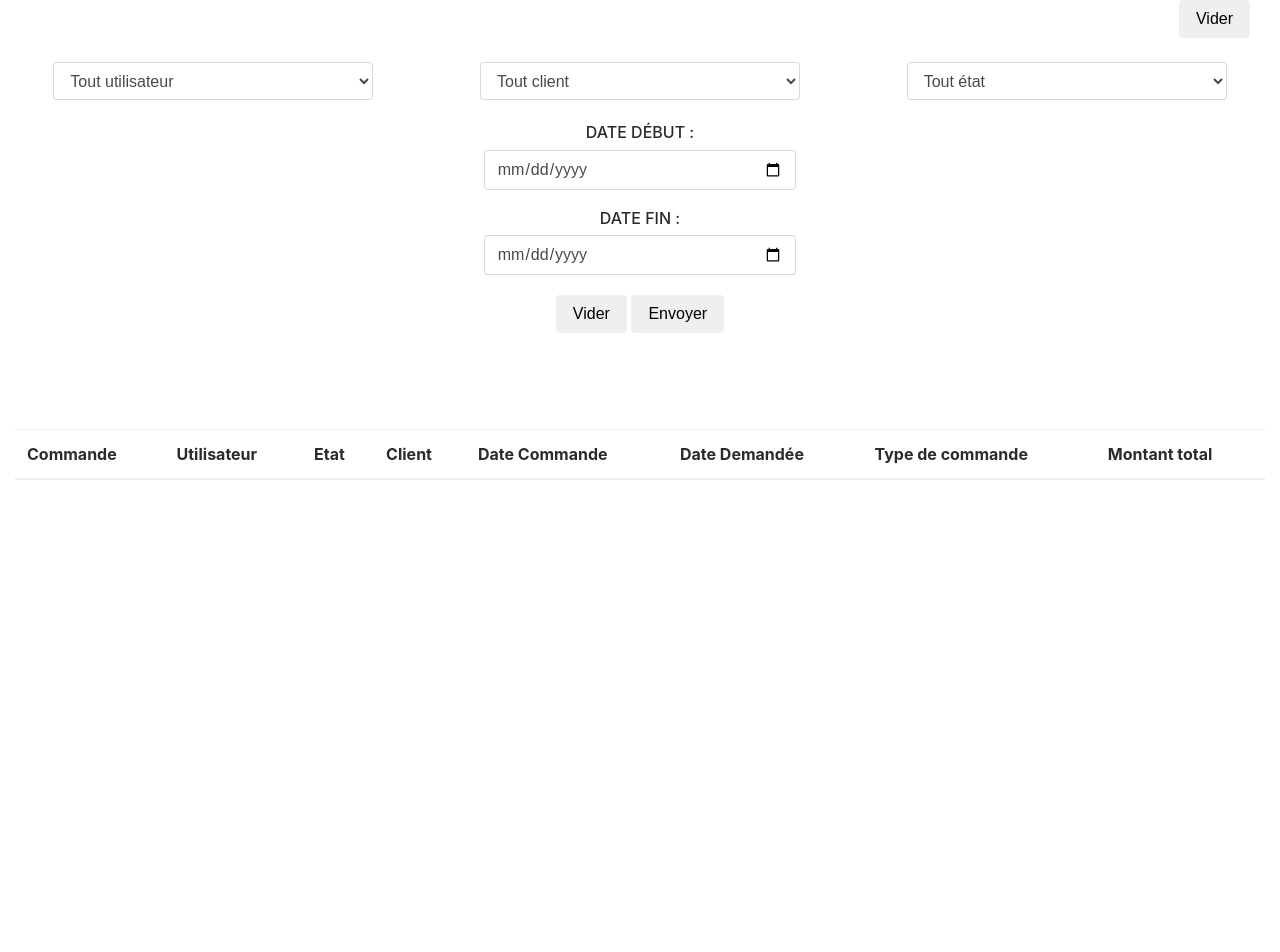
Repository: vmele/Cote
Page: http://localhost/PPE4_VMELE/reporting.jsp
An editor plug-in stored every save of this project. The page is shown before and after the next save, followed by the edit.
The browser window is 1280 px wide. The pictures show the whole page.
Some web libraries are served in a nearby version. The page is served by Tomcat 9. Other server files are loaded and not shown. Queries for data that is not in the repository find no rows.

Above is the page before, as saved 2017-06-06 12:21:28.
Console error (its wording comes from the project's code and is left out).

### Workspace/PPE4_VMELE/WebContent/reporting.jsp
<%@ page language="java" contentType="text/html; charset=UTF-8"
	pageEncoding="UTF-8"%>
<!DOCTYPE html>
<html>
<head>


<link rel="stylesheet"
	href="//code.jquery.com/ui/1.12.1/themes/base/jquery-ui.css">
<link rel="stylesheet" href="css/style.css">
<link rel="stylesheet"
	href="https://maxcdn.bootstrapcdn.com/bootstrap/4.0.0-alpha.6/css/bootstrap.min.css"
	integrity="sha384-rwoIResjU2yc3z8GV/NPeZWAv56rSmLldC3R/AZzGRnGxQQKnKkoFVhFQhNUwEyJ"
	crossorigin="anonymous">
<script src="https://code.jquery.com/jquery-1.12.4.js"></script>
<script src="https://code.jquery.com/ui/1.12.1/jquery-ui.js"></script>
<!-- <script
	src="https://cdn.datatables.net/1.10.15/js/jquery.dataTables.min.js"></script> -->
<script type="text/javascript" src="js/reporting.js"></script>
<script
	src="https://cdnjs.cloudflare.com/ajax/libs/Chart.js/2.5.0/Chart.min.js"></script>
<script
	src="https://maxcdn.bootstrapcdn.com/bootstrap/4.0.0-alpha.6/js/bootstrap.min.js"
	integrity="sha384-vBWWzlZJ8ea9aCX4pEW3rVHjgjt7zpkNpZk+02D9phzyeVkE+jo0ieGizqPLForn"
	crossorigin="anonymous"></script>



<meta http-equiv="Content-Type" content="text/html; charset=UTF-8">
<title>Reporting</title>


</head>
<body>

	<div class="container-fluid">

		<div class="col-md-12  text-right">
			<button id="searchListe" onclick="viderInfos()" type="button"
				class="btn">Vider</button>
		</div>

		<br>
		<div class="selecteur">
			<div class="row">
				<select id="searchUtilisateur" class="form-control col-md-3"
					name="searchUtilisateur">
				</select> <select id="searchClient" class="form-control col-md-3"
					name="searchClient">
				</select> <select id="searchEtat" class="form-control col-md-3"
					name="searchEtat">
				</select>
			</div>
			<br>
			<h6>Date début :</h6>
			<div class="search-container">
				<div class="ui-widget">
					<input type="date" id="dateDebut" name="dateDebut"
						class="search form-control col-md-3" />
				</div>
			</div>

			<h6>Date fin :</h6>
			<div class="search-container">
				<div class="ui-widget">
					<input type="date" id="dateFin" name="dateFin"
						class="search form-control col-md-3" />
				</div>
			</div>
		</div>

		<div class="col-md-12  text-center">
			<button id="searchListe" onclick="viderInfos()" type="button"
				class="btn">Vider</button>
			<button id="searchListe" onclick="sendInfos()" type="button"
				class="btn">Envoyer</button>
		</div>
		<br> <br> <br>


		<script type="text/javascript">
			var barChart = null;

			function sendInfos() {

				var table = document.getElementById("dataTable");

				$('#dataTable tbody').empty();

				if (barChart != null) {
					barChart.destroy();
				}

				var utilisateur = document.getElementById('searchUtilisateur');
				var utilisateurValue = utilisateur.value;

				var client = document.getElementById('searchClient');
				var clientValue = client.value;

				var etat = document.getElementById('searchEtat');
				var etatValue = etat.value;

				var dateDebut = document.getElementById('dateDebut');
				var dateDebutValue = dateDebut.value;

				var dateFin = document.getElementById('dateFin');
				var dateFinValue = dateFin.value;

				console.log("idUtilisateur : " + utilisateurValue
						+ " /n idClient : " + clientValue + " /n Début : "
						+ dateDebutValue + " /n Fin : " + dateFinValue);

				$.ajax({
					url : 'RechercheListe',
					method : 'POST',
					data : 'utilisateur=' + utilisateurValue + '&client='
							+ clientValue + '&etat=' + etatValue + '&debut='
							+ dateDebutValue + '&fin=' + dateFinValue,
					success : function(result) {

						var refCommande = [];
						var utilisateur = [];
						var dateCommande = [];
						var dateDemandee = [];
						var typeCommande = [];
						var moyenContact = [];
						var etatCommande = [];
						var client = [];
						var total = [];

						$.each(result, function(key, value) {

							refCommande.push(value['refCommande']);
							utilisateur.push(value['utilisateur']);
							dateCommande.push(value['dateCommande']);
							dateDemandee.push(value['dateDemandee']);
							typeCommande.push(value['type']);
							moyenContact.push(value['moyenContact']);
							etatCommande.push(value['etatCommande']);
							client.push(value['client']);
							total.push(value['montant']);

						});

						var t = "";
						for (var i = 0; i < refCommande.length; i++) {
							var tr = "<tr>";
							tr += "<td>" + refCommande[i] + "</td>";
							tr += "<td>" + utilisateur[i].prenom + " "
									+ utilisateur[i].nom + "</td>";
							tr += "<td>" + etatCommande[i].libelle + "</td>";
							tr += "<td>" + client[i].raisonSociale + "</td>";
							tr += "<td>" + dateCommande[i] + "</td>";
							tr += "<td>" + dateDemandee[i] + "</td>";
							tr += "<td>" + typeCommande[i].libelle + "</td>";
							tr += "<td>" + total[i] + "€" + "</td>";
							tr += "</tr>";
							t += tr;
						}

						document.getElementById("dataTable").innerHTML += t;
					}
				});
				$.ajax({
					url : 'RechercheChart',
					method : 'POST',
					data : 'utilisateur=' + utilisateurValue + '&client='
							+ clientValue + '&etat=' + etatValue + '&debut='
							+ dateDebutValue + '&fin=' + dateFinValue,
					success : function(result) {
						console.log(result);

						var nom = [];
						var prenom = [];
						var montant = [];

						$.each(result, function(key, value) {
							nom.push(value['nom']);
							prenom.push(value['prenom']);
							montant.push(value['montant']);
						});

						for (var i = 0; i < utilisateur.length; i++) {
							console.log("Liste des utilisateurs : ");
							console.log(nom[i] + " " + prenom[i] + " || "
									+ montant[i]);
						}

						// Bar chart
						barChart = new Chart(document
								.getElementById("bar-chart"), {
							type : 'bar',
							data : {

								labels : nom,
								datasets : [ {
									label : "Recette (€)",
									backgroundColor : [ "#3e95cd", "#8e5ea2",
											"#3cba9f", "#e8c3b9", "#c45850" ],
									data : montant
								} ]
							},
							options : {
								legend : {
									display : false
								},
								title : {
									display : true,
									text : 'Montant des commandes.'
								},
								scales : {
									yAxes : [ {
										ticks : {
											beginAtZero : true
										}
									} ]
								}
							}
						});
					}
				});
			}

			function viderInfos(){

				document.getElementById('searchClient').value = 0;
				document.getElementById('searchUtilisateur').value = 0;
				document.getElementById('searchEtat').value = 0;
				document.getElementById('dateDebut').value = "";
				document.getElementById('dateFin').value = "";

				var table = document.getElementById("dataTable");

				$('#dataTable tbody').empty();

				if (barChart != null) {
					barChart.destroy();
				}
			}
		</script>

		<br>
		<div class="table-responsive">
			<table id="dataTable" cellspacing="0" width="100%"
				class="table table-striped">
				<thead>
					<tr>
						<th>Commande</th>
						<th>Utilisateur</th>
						<th>Etat</th>
						<th>Client</th>
						<th>Date Commande</th>
						<th>Date Demandée</th>
						<th>Type de commande</th>
						<th>Montant total</th>
					</tr>
				</thead>
				<tbody>
					<div>
				</tbody>
			</table>
		</div>
		<canvas id="bar-chart" width="1000" height="450"></canvas>


	</div>

</body>
</html>

### Workspace/PPE4_VMELE/WebContent/css/style.css
@import url('https://fonts.googleapis.com/css?family=Open+Sans');

h6 {
	font-family: 'Open Sans', sans-serif;
	text-transform : uppercase;
	font-size : 8px;
	text-align : center;
}

.selecteur select {

	margin-right : auto;
	margin-left : auto;
}
.selecteur input {

	margin-right : auto;
	margin-left : auto;
	margin-bottom : 20px;
}

.selecteur btn {
	text-align : center;
	margin-right : auto;
	margin-left : auto
}

btn  {
	display: block;
  margin : auto;
}

.table-responsive {
    max-height:300px;
}

.loginCenter {
	text-align : center;
}

.wrapper {
	margin-top: 80px;
	margin-bottom: 20px;
}

.form-signin {
  max-width: 420px;
  padding: 30px 38px 66px;
  margin: 0 auto;
  background-color: #eee;
  border: 3px dotted rgba(0,0,0,0.1);
  }

.form-signin-heading {
  text-align:center;
  margin-bottom: 30px;
}

.form-control {
  position: relative;
  font-size: 16px;
  height: auto;
  padding: 10px;
}

input[type="text"] {
  margin-bottom: 0px;
  border-bottom-left-radius: 0;
  border-bottom-right-radius: 0;
}

input[type="password"] {
  margin-bottom: 20px;
  border-top-left-radius: 0;
  border-top-right-radius: 0;
}

.colorgraph {
  height: 7px;
  border-top: 0;
  background: #c4e17f;
  border-radius: 5px;
  background-image: -webkit-linear-gradient(left, #c4e17f, #c4e17f 12.5%, #f7fdca 12.5%, #f7fdca 25%, #fecf71 25%, #fecf71 37.5%, #f0776c 37.5%, #f0776c 50%, #db9dbe 50%, #db9dbe 62.5%, #c49cde 62.5%, #c49cde 75%, #669ae1 75%, #669ae1 87.5%, #62c2e4 87.5%, #62c2e4);
  background-image: -moz-linear-gradient(left, #c4e17f, #c4e17f 12.5%, #f7fdca 12.5%, #f7fdca 25%, #fecf71 25%, #fecf71 37.5%, #f0776c 37.5%, #f0776c 50%, #db9dbe 50%, #db9dbe 62.5%, #c49cde 62.5%, #c49cde 75%, #669ae1 75%, #669ae1 87.5%, #62c2e4 87.5%, #62c2e4);
  background-image: -o-linear-gradient(left, #c4e17f, #c4e17f 12.5%, #f7fdca 12.5%, #f7fdca 25%, #fecf71 25%, #fecf71 37.5%, #f0776c 37.5%, #f0776c 50%, #db9dbe 50%, #db9dbe 62.5%, #c49cde 62.5%, #c49cde 75%, #669ae1 75%, #669ae1 87.5%, #62c2e4 87.5%, #62c2e4);
  background-image: linear-gradient(to right, #c4e17f, #c4e17f 12.5%, #f7fdca 12.5%, #f7fdca 25%, #fecf71 25%, #fecf71 37.5%, #f0776c 37.5%, #f0776c 50%, #db9dbe 50%, #db9dbe 62.5%, #c49cde 62.5%, #c49cde 75%, #669ae1 75%, #669ae1 87.5%, #62c2e4 87.5%, #62c2e4);
}

### Workspace/PPE4_VMELE/src/servlet/RechercheClient.java
package servlet;

import java.io.IOException;
import java.util.ArrayList;
import java.util.List;

import javax.servlet.ServletException;
import javax.servlet.annotation.WebServlet;
import javax.servlet.http.HttpServlet;
import javax.servlet.http.HttpServletRequest;
import javax.servlet.http.HttpServletResponse;

import com.google.gson.Gson;

import business.Client;
import service.ClientService;
import service.impl.ClientServiceImpl;

/**
 * Servlet implementation class RechercheClient
 */
public class RechercheClient extends HttpServlet {
	private static final long serialVersionUID = 1L;

	private ClientService clientServiceImpl;
	List<Client> listeClients = new ArrayList<>();

	/**
	 * @throws Exception
	 * @see HttpServlet#HttpServlet()
	 */
	public RechercheClient() throws Exception {
		clientServiceImpl = new ClientServiceImpl();
	}

	/**
	 * @see HttpServlet#doGet(HttpServletRequest request, HttpServletResponse
	 *      response)
	 */
	protected void doGet(HttpServletRequest request, HttpServletResponse response)
			throws ServletException, IOException {

		System.out.println("Passe par le DoPost /RechercheClientServet");

		response.setContentType("application/json");

		try {

			List<Client> listeClients = clientServiceImpl.recupererListeClients();

			String json = new Gson().toJson(listeClients);
			response.getWriter().write(json);

		} catch (Exception e) {
			System.err.println(e.getMessage());
		}
	}

	/**
	 * @see HttpServlet#doPost(HttpServletRequest request, HttpServletResponse
	 *      response)
	 */
	protected void doPost(HttpServletRequest request, HttpServletResponse response)
			throws ServletException, IOException {
		doGet(request, response);
	}

}

### Workspace/PPE4_VMELE/src/service/impl/ClientServiceImpl.java
package service.impl;

import java.util.ArrayList;
import java.util.List;

import business.Client;
import business.Utilisateur;
import dao.ClientDao;
import dao.impl.ClientDaoImpl;
import service.ClientService;

public class ClientServiceImpl implements ClientService {

	private ClientDao ClientDaoImpl;

	public ClientServiceImpl() throws Exception
	{
		super();
	//	System.out.println("Constructeur ClientServiceImpl");
		this.ClientDaoImpl = new ClientDaoImpl();
	}

	@Override
	public Client recupererClientParID(int idClient)
	{
		Client Client;

		Client = ClientDaoImpl.findClientById(idClient);

		return Client;
	}

	@Override
	public List<Client> recupererListeClients()
	{
		List<Client> listeClients = new ArrayList<Client>();

		listeClients = ClientDaoImpl.findAllClients();

		return listeClients;
	}

	@Override
	public List<Client> recupererClientParRS(String raisonSociale)
	{
		List<Client> listeClients = new ArrayList<Client>();

		listeClients = ClientDaoImpl.findClientByRS(raisonSociale);

		return listeClients;
	}

}

### Workspace/PPE4_VMELE/src/dao/ClientDao.java
package dao;

import java.util.List;

import business.Client;

public interface ClientDao {

	/**
	 * Permet de récupérer un objet Utilisateur en fonction de son ID
	 *
	 * @param idUtilisateur
	 *            ID de l'utilisateur
	 * @return L'objet Utilisateur
	 */
	public Client findClientById(int idClient);

	/**
	 * Permet de récupérer la liste des utilisateurs
	 *
	 * @return Liste des utilisateurs
	 */
	public List<Client> findAllClients();

	public List<Client> findClientByRS(String raisonSociale);
}

### Workspace/PPE4_VMELE/src/dao/ConnexionBDD.java
package dao;

import java.sql.Connection;
import java.sql.DriverManager;
import java.sql.PreparedStatement;
import java.sql.ResultSet;
import java.sql.SQLException;
import java.sql.Statement;

/**
 * Commentaire OK
 * @author mathieu
 *
 */
public class ConnexionBDD
{

	/**
	 * Déclaration des constantes de ConnexionBDD
	 */
	private static final String URL = "jdbc:postgresql://localhost:5432/e4_vmele";
	private static final String UTILISATEUR = "postgres";
	private static final String MOT_DE_PASSE = "postgres";
	private static Connection connexion;
	/*private static Statement statement;*/

	/**
	 * Accesseur de la connexion
	 * @return
	 */
	public static Connection getConnection()
	{

		if (connexion == null)
		{

			try
			{
				Class.forName("org.postgresql.Driver");
			}
			catch (ClassNotFoundException e1)
			{
				// TODO Auto-generated catch block
				e1.printStackTrace();
			}

			try
			{
				connexion = DriverManager.getConnection(URL, UTILISATEUR, MOT_DE_PASSE);

			}
			catch (SQLException e)
			{

				e.printStackTrace();

			}

		}

		return connexion;

	}

	/**
	 * Close la connexion
	 * @param statement
	 * @param preparedStatement
	 * @param resultat
	 */
	public static void close(Statement statement, PreparedStatement preparedStatement, ResultSet resultat)
	{
		if (resultat != null)
		{
			try
			{
				resultat.close();
			}
			catch (SQLException ignore)
			{

			}
		}

		if (preparedStatement != null)
		{
			try
			{
				preparedStatement.close();
			}
			catch (SQLException ignore)
			{

			}
		}

		if (statement != null)
		{
			try
			{
				statement.close();
			}
			catch (SQLException ignore)
			{

			}
		}
	}


	/**
	 * Close la co
	 * @param preparedStatement
	 * @param resultat
	 */
	public static void close(PreparedStatement preparedStatement, ResultSet resultat)
	{
		close(null, preparedStatement, resultat);
	}
}

### Workspace/PPE4_VMELE/src/servlet/RechercheUtilisateur.java
package servlet;

import java.io.IOException;
import java.util.ArrayList;
import java.util.HashMap;
import java.util.List;

import javax.servlet.ServletException;
import javax.servlet.http.HttpServlet;
import javax.servlet.http.HttpServletRequest;
import javax.servlet.http.HttpServletResponse;

import com.fasterxml.jackson.core.JsonEncoding;
import com.fasterxml.jackson.core.JsonProcessingException;
import com.fasterxml.jackson.databind.ObjectMapper;
import com.google.gson.Gson;
import com.google.gson.JsonObject;

import business.Client;
import business.Utilisateur;
import service.UtilisateurService;
import service.impl.UtilisateurServiceImpl;

/**
 * Servlet implementation class RechercheUtilisateur
 */
public class RechercheUtilisateur extends HttpServlet {
	private static final long serialVersionUID = 1L;

	private UtilisateurService utilisateurServiceImpl;
	List<Utilisateur> listeUtilisateurs = new ArrayList<>();

	public RechercheUtilisateur() throws Exception {
		utilisateurServiceImpl = new UtilisateurServiceImpl();
	}

	/**
	 * @see HttpServlet#doGet(HttpServletRequest request, HttpServletResponse
	 *      response)
	 */
	protected void doGet(HttpServletRequest request, HttpServletResponse response)
			throws ServletException, IOException {
		System.out.println("Passe par le DoPost /RechercheUtilisateurServet");

		response.setContentType("application/json");

		try {

			List<Utilisateur> listeUtilisateurs = utilisateurServiceImpl.recupererListeUtilisateurs();
			String json = new Gson().toJson(listeUtilisateurs);
			response.getWriter().write(json);

		} catch (Exception e) {
			System.err.println(e.getMessage());
		}

	}

	/**
	 * @see HttpServlet#doPost(HttpServletRequest request, HttpServletResponse
	 *      response)
	 */
	protected void doPost(HttpServletRequest request, HttpServletResponse response)
			throws ServletException, IOException {
		doGet(request, response);

	}
}



//System.out.println("Passe par le DoPost /RechercheClientServet");
//
//response.setContentType("application/json");
//
//try {
//	String raisonSociale = request.getParameter("client");
//
//	List<Client> listeClients = clientServiceImpl.recupererClientParRS(raisonSociale);
//
//	String json = new Gson().toJson(listeClients);
//	response.getWriter().write(json);
//
//} catch (Exception e) {
//	System.err.println(e.getMessage());
//}

### Workspace/PPE4_VMELE/src/service/impl/UtilisateurServiceImpl.java
package service.impl;

import java.util.ArrayList;
import java.util.List;

import business.Utilisateur;
import dao.UtilisateurDao;
import dao.impl.UtilisateurDaoImpl;
import service.UtilisateurService;

public class UtilisateurServiceImpl implements UtilisateurService {

	private UtilisateurDao utilisateurDaoImpl;

	public UtilisateurServiceImpl() throws Exception
	{
		super();
	//	System.out.println("Constructeur UtilisateurServiceImpl");

		this.utilisateurDaoImpl = new UtilisateurDaoImpl();
	}

	@Override
	public Utilisateur recupererUtilisateurParID(int idUtilisateur)
	{
		Utilisateur utilisateur;

		utilisateur = utilisateurDaoImpl.findUtilisateurById(idUtilisateur);

		return utilisateur;
	}

	@Override
	public List<Utilisateur> recupererListeUtilisateurs()
	{

		List<Utilisateur> listeUtilisateurs = new ArrayList<Utilisateur>();

		listeUtilisateurs = utilisateurDaoImpl.findAllUtilisateurs();

		return listeUtilisateurs;
	}

	@Override
	public List<Utilisateur> recupererUtilisateursParPrenom(String prenomUtilisateur)
	{

		List<Utilisateur> listeUtilisateurs = new ArrayList<Utilisateur>();

		listeUtilisateurs = utilisateurDaoImpl.findUtilisateursByName(prenomUtilisateur);

		return listeUtilisateurs;
	}

	@Override
	public List<Utilisateur> recupererUtilisateursMontantParFiltre(String filtre)
	{

		List<Utilisateur> listeUtilisateurs = new ArrayList<Utilisateur>();

		listeUtilisateurs = utilisateurDaoImpl.findUtilisateurByFilter(filtre);

		return listeUtilisateurs;
	}
}

### Workspace/PPE4_VMELE/src/dao/UtilisateurDao.java
package dao;

import java.util.List;

import business.Utilisateur;

public interface UtilisateurDao {

	/**
	 * Permet de récupérer un objet Utilisateur en fonction de son ID
	 *
	 * @param idUtilisateur
	 *            ID de l'utilisateur
	 * @return L'objet Utilisateur
	 */
	public Utilisateur findUtilisateurById(int idUtilisateur);

	/**
	 * Permet de récupérer la liste des utilisateurs
	 *
	 * @return Liste des utilisateurs
	 */
	public List<Utilisateur> findAllUtilisateurs();


	public List<Utilisateur> findUtilisateursByName(String prenomUtilisateur);

	public List<Utilisateur> findUtilisateurByFilter(String filter);

}

### Workspace/PPE4_VMELE/src/servlet/RechercheEtatCommande.java
package servlet;

import java.io.IOException;
import java.util.ArrayList;
import java.util.List;

import javax.servlet.ServletException;
import javax.servlet.http.HttpServlet;
import javax.servlet.http.HttpServletRequest;
import javax.servlet.http.HttpServletResponse;

import com.google.gson.Gson;

import business.EtatCommande;
import service.impl.EtatCommandeServiceImpl;

/**
 * Servlet implementation class RechercheEtatCommande
 */
public class RechercheEtatCommande extends HttpServlet {
	private static final long serialVersionUID = 1L;

	private EtatCommandeServiceImpl etatCommandeServiceImpl;
	List<EtatCommande> listeEtatCommandes = new ArrayList<>();

    /**
     * @throws Exception
     * @see HttpServlet#HttpServlet()
     */
    public RechercheEtatCommande() throws Exception {
    	etatCommandeServiceImpl = new EtatCommandeServiceImpl();
    }

	/**
	 * @see HttpServlet#doGet(HttpServletRequest request, HttpServletResponse response)
	 */
	protected void doGet(HttpServletRequest request, HttpServletResponse response) throws ServletException, IOException {

		System.out.println("Passe par le DoGet /RechercheEtatCommandeServet");

		response.setContentType("application/json");

		try {

			List<EtatCommande> listeEtatsCommande = etatCommandeServiceImpl.recupererListeEtatCommandes();
			System.out.println("Liste des Etat" + listeEtatsCommande);

			String json = new Gson().toJson(listeEtatsCommande);
			response.getWriter().write(json);

		} catch (Exception e) {
			System.err.println(e.getMessage());
		}
	}

	/**
	 * @see HttpServlet#doPost(HttpServletRequest request, HttpServletResponse response)
	 */
	protected void doPost(HttpServletRequest request, HttpServletResponse response) throws ServletException, IOException {
		// TODO Auto-generated method stub
		doGet(request, response);
	}

}

### Workspace/PPE4_VMELE/src/dao/EtatCommandeDao.java
package dao;

import java.util.List;

import business.EtatCommande;

public interface EtatCommandeDao {
	/**
	 * Permet de récupérer un objet Utilisateur en fonction de son ID
	 *
	 * @param idUtilisateur
	 *            ID de l'utilisateur
	 * @return L'objet Utilisateur
	 */
	public EtatCommande findEtatCommandeById(int idEtatCommande);

	/**
	 * Permet de récupérer la liste des utilisateurs
	 *
	 * @return Liste des utilisateurs
	 */
	public List<EtatCommande> findAllEtatCommandes();
}

Loaded but not shown: Workspace/PPE4_VMELE/WebContent/js/reporting.js (81 lines, source omitted); Workspace/PPE4_VMELE/src/dao/impl/UtilisateurDaoImpl.java (208 lines, source omitted); Workspace/PPE4_VMELE/src/dao/impl/ClientDaoImpl.java (129 lines, source omitted); Workspace/PPE4_VMELE/src/dao/impl/EtatCommandeDaoImpl.java (95 lines, source omitted)

After the next save:
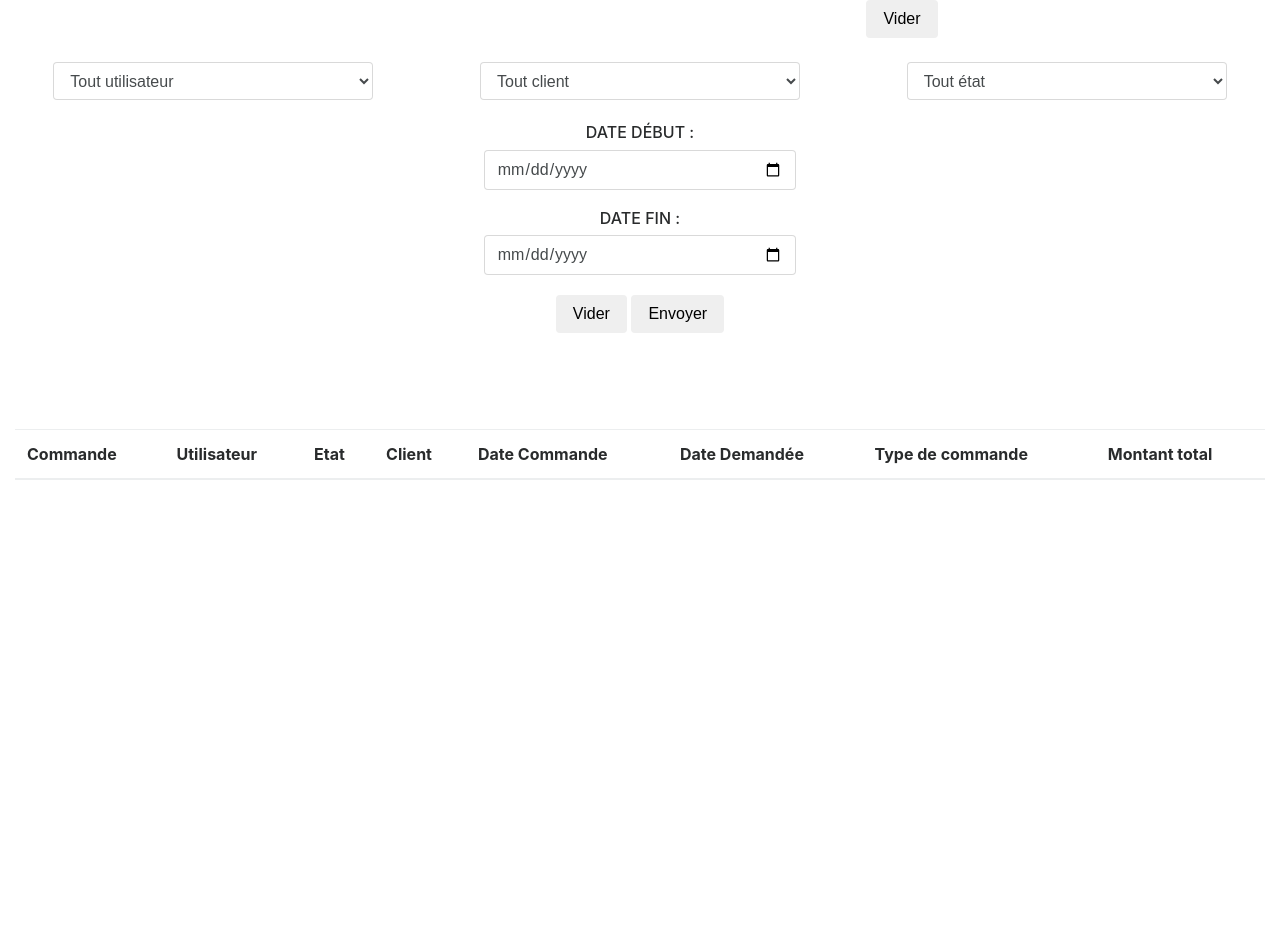
Saved 18 s later.
--- a/Workspace/PPE4_VMELE/WebContent/reporting.jsp
+++ b/Workspace/PPE4_VMELE/WebContent/reporting.jsp
@@ -35,7 +35,7 @@
 
 	<div class="container-fluid">
 
-		<div class="col-md-12  text-right">
+		<div class="col-md-9  text-right">
 			<button id="searchListe" onclick="viderInfos()" type="button"
 				class="btn">Vider</button>
 		</div>
